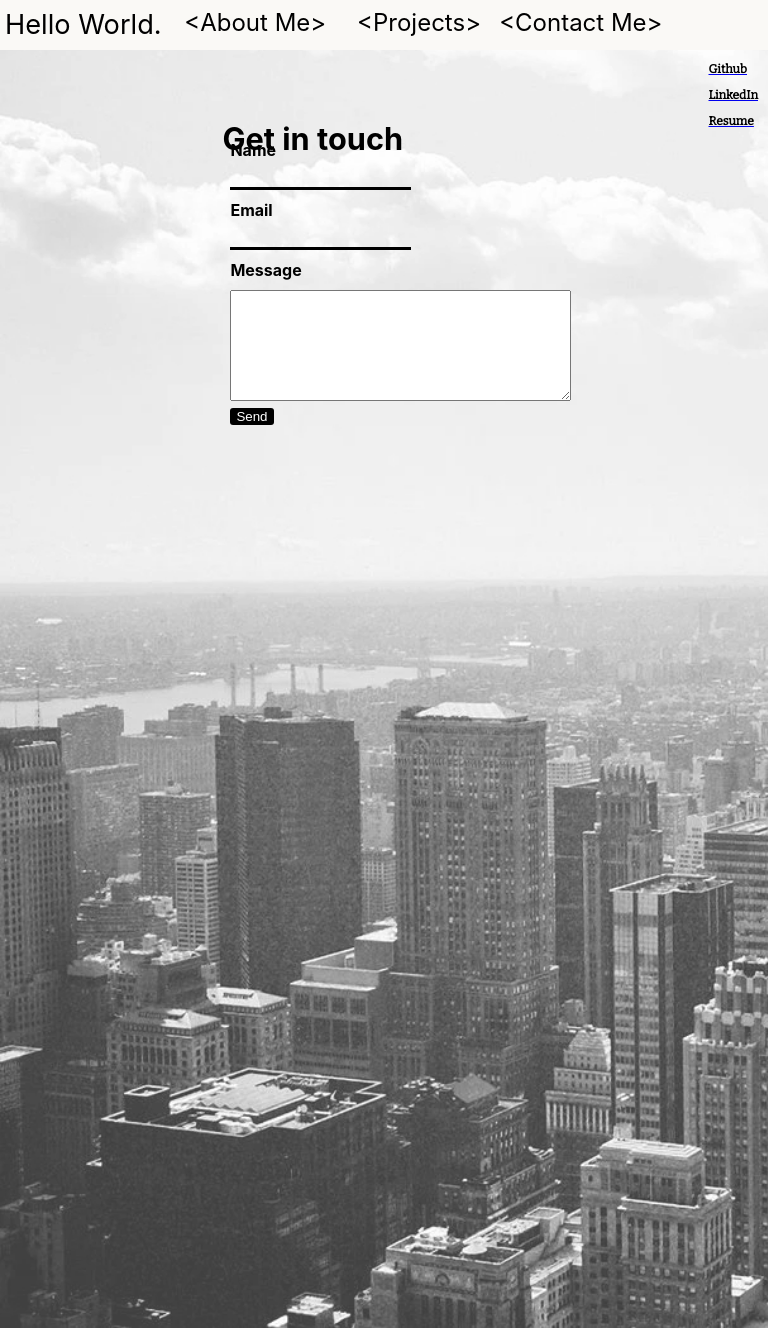
Repository: ghend99/website_ethan_pratt
Page: /contact
These files come from the project's save history. The page is drawn as it stood at one moment and after the next save; the edit follows.
The browser window is 768 px wide. The pictures show the whole page.
The project was rebuilt for these pictures with package versions that can differ from the ones it lists, and the page was loaded fresh each time. Also part of the build but not shown: src/pages/home.js, src/css/about.css, src/pages/about.js, src/pages/project.js.

Above is the page before, as saved 2023-04-25 10:26:24.

After the next save:
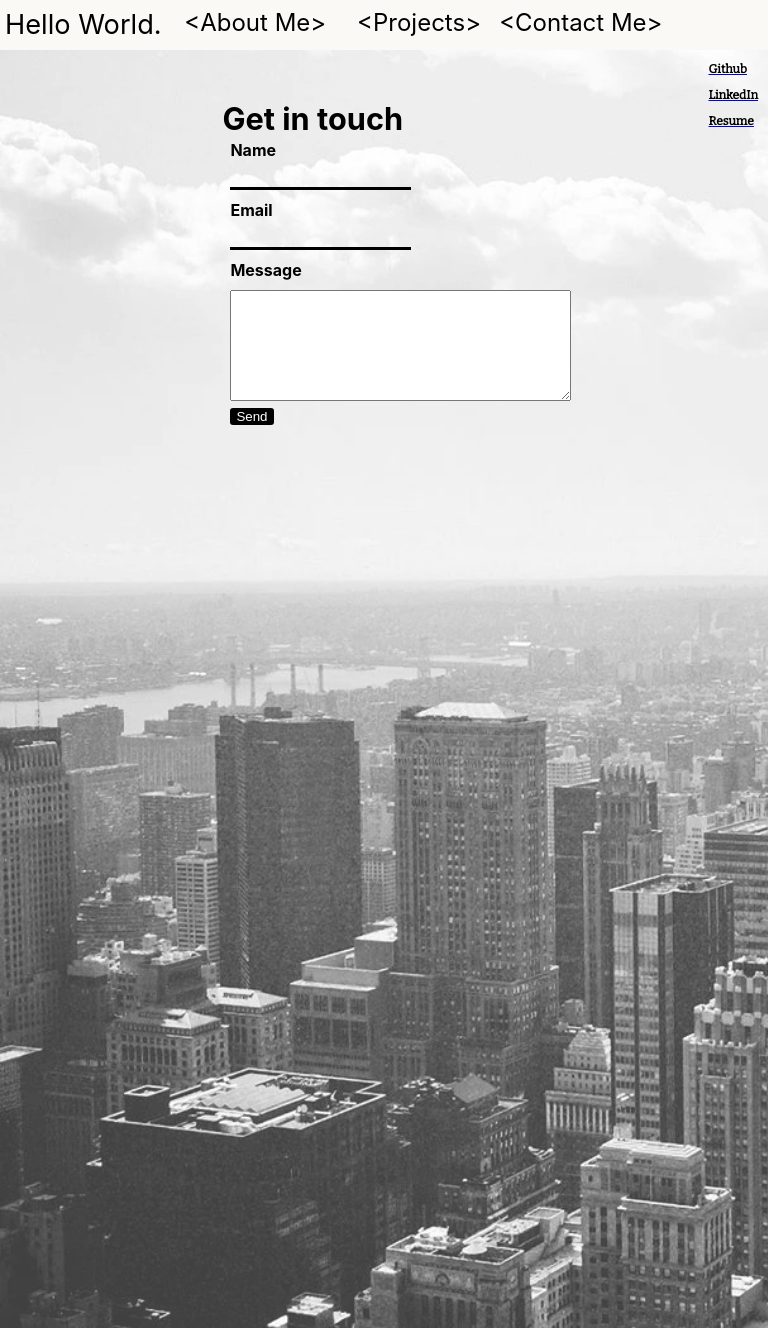
Saved 13 s later.
--- a/src/css/contact.css
+++ b/src/css/contact.css
@@ -90,7 +90,7 @@
 
 @media screen and (min-width: 0) and (max-width: 1000px) {
   .contact-header {
-    top: 30px;
+    top: 10px;
   }
 }
 
